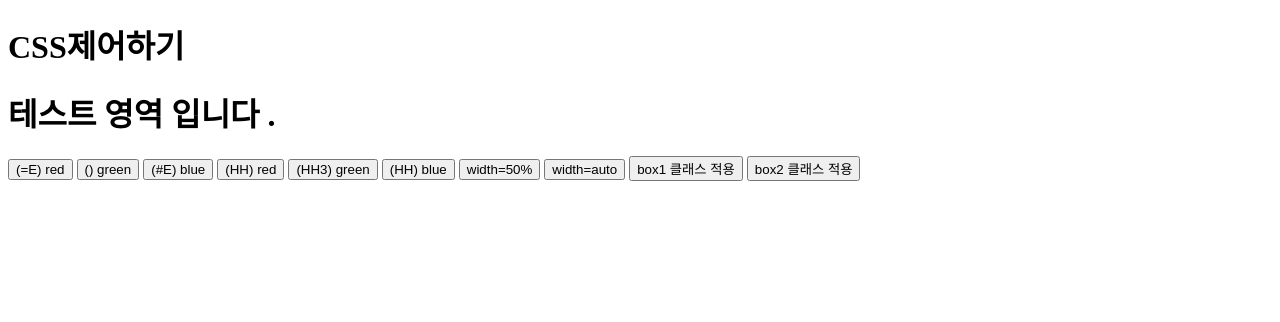
Repository: chaejunho689/bitcamp
Page: jQuery/src/main/webapp/04_jQueryCSS/exam01.html
These files come from the project's save history. The page is drawn as it stood at one moment and after a run of saves; the edit follows.
The browser window is 1280 px wide. The pictures show the whole page.

Above is the page before, as saved 2024-08-23 06:39:58.

### jQuery/src/main/webapp/04_jQueryCSS/exam01.html
<!DOCTYPE html>
<html>
<head>
<meta charset="UTF-8">
<title>Insert title here</title>
</head>
<body>

	<h1>CSS제어하기</h1>
	<div id="box" class="box1"> <h1>테스트 영역 입니다 .</h1>
	</div>

	<input type="button" id="btn1" value="(=E) red" />
	<input type="button" id="btn2" value="() green" />
	<input type="button" id="btn3" value="(#E) blue" />
	<input type="button" id="btn4" value="(HH) red" />
	<input type="button" id="btn5" value="(HH3) green" />
	<input type="button" id="btn6" value="(HH) blue" />
	<input type="button" id="btn7" value="width=50%" />
	<input type="button" id="btn8" value="width=auto" />
	<input type="button" id="btn9" value="box1 클래스 적용" />
	<input type="button" id="btn10" value="box2 클래스 적용" />


<script type="text/javascript" src="http://code.jquery.com/jquery-3.7.1.min.js"></script>
<script type="text/javascript">
$(function(){

});
</script>
</body>
</html>
<!--
스타일 지정
(1) 속성값 읽기
var 변수명 = $("요소").css("CSS 속성이름");

(2) 속성값 변경 및 추가하기
$("요소").css("속성이름", "값");

$("요소").css({
    "속성1이름": "값",
    "속성2이름": "값",
    "속성3이름": "값"
});


클래스 속성 지정
(1) CSS 클래스의 적용 여부 알기
var 변수 = $("요소").hasClass("클래스이름");

(2) 클래스의 적용과 해제
$("요소").addClass("클래스이름");
$("요소").removeClass("클래스이름");

(3) 클래스의 적용과 해제의 반복 처리
HTML 태그 요소의 CSS 클래스에 대한 적용과 해제를 자동 순환 반복
$("요소").toggleClass("클래스이름");
 -->

After the next 3 saves:
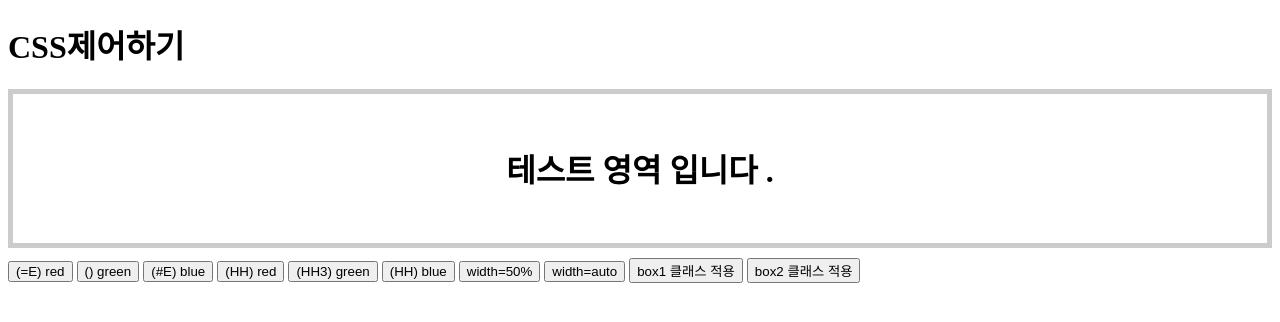
The 3 saves are shown as one change because they came seconds apart.
The last was saved 49 s later.
--- a/jQuery/src/main/webapp/04_jQueryCSS/exam01.html
+++ b/jQuery/src/main/webapp/04_jQueryCSS/exam01.html
@@ -3,6 +3,22 @@
 <head>
 <meta charset="UTF-8">
 <title>Insert title here</title>
+<style type="text/css">
+.box1 {
+    margin: 10px auto;
+    border: 5px solid #ccc;
+    padding: 30px;
+    text-align: center;
+}
+
+.box2 {
+    margin: 10px auto;
+    border: 10px solid #ff00ff;
+    background-color: #ff0;
+    padding: 25px;
+    text-align: left;
+}
+</style>
 </head>
 <body>
 
